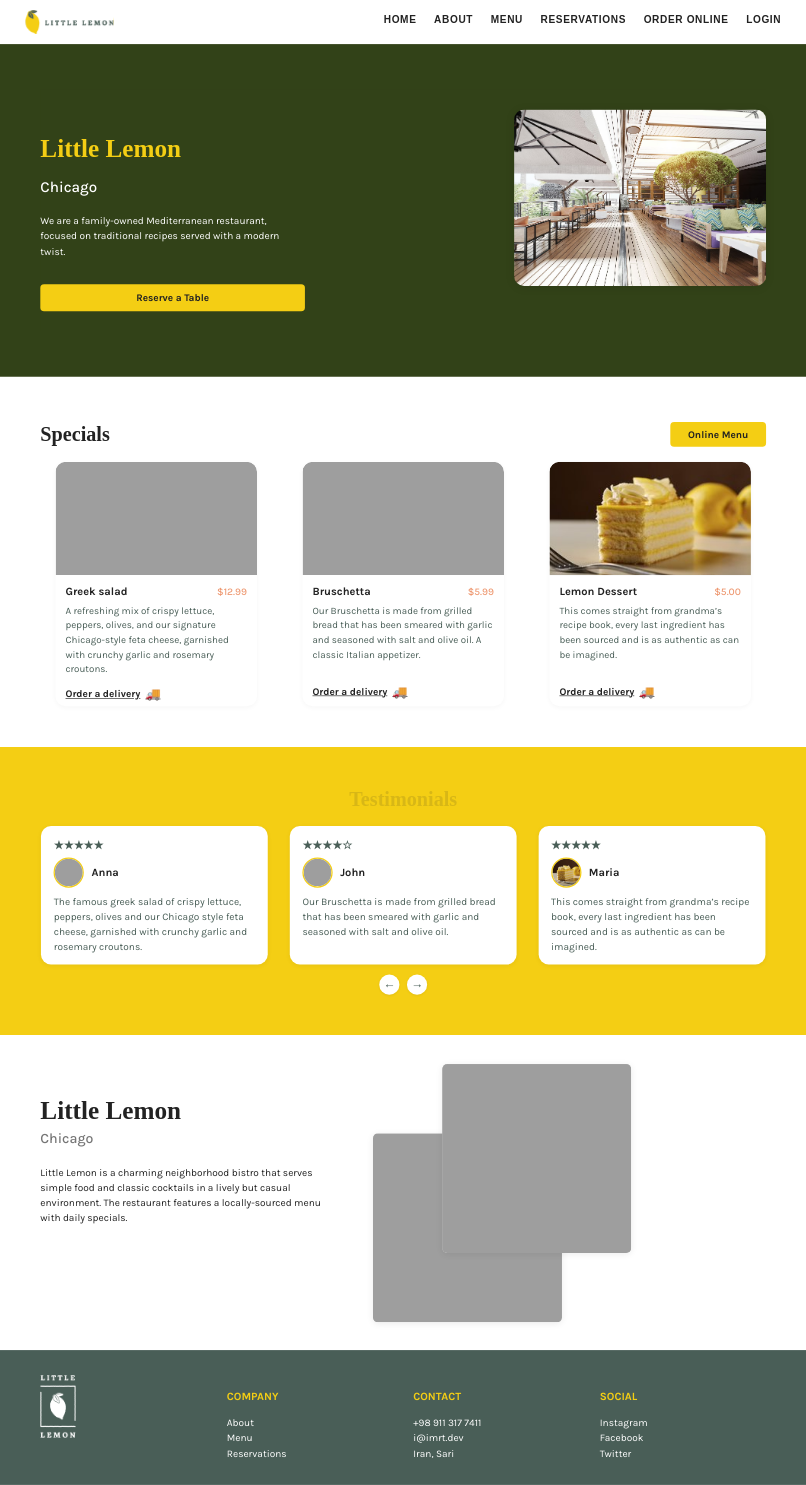
Repository: mrtseven/capstone-little-lemon-mrt
Page: /
These files come from the project's save history. The page is drawn as it stood at one moment and after the next save; the edit follows.
The browser window is 1280 px wide. The pictures show the whole page, at 63% of full size.
Pictures or frames that could not be fetched are drawn as grey boxes. Some web fonts or font styles are not loaded; a fallback is used. The project was rebuilt for these pictures with package versions that can differ from the ones it lists, and the page was loaded fresh each time. Also part of the build but not shown: src/pages/About.jsx, src/pages/Menu.jsx, src/components/ReservationForm.jsx, src/bookingsAPI.js, src/components/ConfirmedReservation.jsx, src/pages/Reservations.jsx, src/pages/Order.jsx, src/pages/Login.jsx.

Above is the page before, as saved 2025-07-28 21:01:02.

### public/index.html
<!DOCTYPE html>
<html lang="en">
  <head>
    <meta charset="utf-8" />
    <link rel="icon" href="%PUBLIC_URL%/favicon.ico" />
    <meta name="viewport" content="width=device-width, initial-scale=1" />
    <meta name="theme-color" content="#000000" />
    <meta name="description" content="Experience vibrant Mediterranean flavors at Little Lemon, a stylish bar and small plates restaurant in the heart of Dublin. Enjoy fresh produce, handcrafted cocktails, and a premium wine selection in a lively, modern atmosphere—perfect for intimate dinners or special occasions."/>
    <meta name="og:title" content="Little Lemon restaurant"/>
    <meta name="og:description" content="Experience vibrant Mediterranean flavors at Little Lemon, a stylish bar and small plates restaurant in the heart of Dublin. Enjoy fresh produce, handcrafted cocktails, and a premium wine selection in a lively, modern atmosphere—perfect for intimate dinners or special occasions."/>
    <meta name="og:image" content="%PUBLIC_URL%/restaurant.jpg"/>
    <link rel="preconnect" href="https://fonts.googleapis.com">
    <link rel="preconnect" href="https://fonts.gstatic.com" crossorigin>
    <link href="https://fonts.googleapis.com/css2?family=Markazi+Text:wght@400..700&display=swap" rel="stylesheet">
    <link rel="apple-touch-icon" href="%PUBLIC_URL%/logo192.png" />
    <!--
      manifest.json provides metadata used when your web app is installed on a
      user's mobile device or desktop. See https://developers.google.com/web/fundamentals/web-app-manifest/
    -->
    <link rel="manifest" href="%PUBLIC_URL%/manifest.json" />
    <!--
      Notice the use of %PUBLIC_URL% in the tags above.
      It will be replaced with the URL of the `public` folder during the build.
      Only files inside the `public` folder can be referenced from the HTML.

      Unlike "/favicon.ico" or "favicon.ico", "%PUBLIC_URL%/favicon.ico" will
      work correctly both with client-side routing and a non-root public URL.
      Learn how to configure a non-root public URL by running `npm run build`.
    -->
    <title>Little Lemon MRT Restaurant</title>
  </head>
  <body>
    <noscript>You need to enable JavaScript to run this app.</noscript>
    <div id="root"></div>
    <!--
      This HTML file is a template.
      If you open it directly in the browser, you will see an empty page.

      You can add webfonts, meta tags, or analytics to this file.
      The build step will place the bundled scripts into the <body> tag.

      To begin the development, run `npm start` or `yarn start`.
      To create a production bundle, use `npm run build` or `yarn build`.
    -->
  </body>
</html>

### src/App.css
@import url('https://fonts.googleapis.com/css2?family=Karla:wght@400;500;700;800&family=Markazi+Text:wght@400;500;700&display=swap');

/* === Type System & Base Styles === */

body {
  font-family: 'Karla', Arial, sans-serif;
  color: #222;
  background: #fff;
  margin: 0;
  padding: 0;
}

/* Display Title - Medium 64pt */
h1 {
  font-family: 'Markazi Text', serif;
  font-size: 64px;
  font-weight: 500;
  margin-bottom: 0.25em;
  line-height: 1.1;
}

/* Sub title - keep close to display */
h2 {
  font-family: 'Markazi Text', serif;
  font-size: 40px;
  font-weight: 400;
  margin-bottom: 0.25em;
  line-height: 1.2;
}

/* Regular 40pt (for h3) */
h3 {
  font-family: 'Markazi Text', serif;
  font-size: 40px;
  font-weight: 400;
  margin-bottom: 0.25em;
  line-height: 1.2;
}

/* Section Title! Uppercase 20pt Extra Bold */
h4 {
  font-family: 'Markazi Text', serif;
  font-size: 20px;
  font-weight: 800;
  text-transform: uppercase;
  margin-bottom: 0.5em;
  line-height: 1.2;
}

/* Card Title 18pt Bold */
h5 {
  font-family: 'Karla', Arial, sans-serif;
  font-size: 18px;
  font-weight: 700;
  margin-bottom: 0.5em;
  line-height: 1.2;
}

/* Category/Section 16pt Extra Bold */
h6 {
  font-family: 'Karla', Arial, sans-serif;
  font-size: 16px;
  font-weight: 700;
  margin-bottom: 0.5em;
  line-height: 1.2;
}

/* Paragraph text regular 16pt, 1.5 line height */
p {
  font-family: 'Karla', Arial, sans-serif;
  font-size: 16px;
  font-weight: 400;
  line-height: 1.5;
  margin-bottom: 1em;
  color: #222;
  max-width: 65ch;
}

/* Lead text (use .lead for emphasis) */
.lead {
  font-family: 'Karla', Arial, sans-serif;
  font-size: 18px;
  font-weight: 400;
  color: #222;
  margin-bottom: 0.5em;
}

/* Highlight text (e.g. price) */
.highlight {
  font-family: 'Karla', Arial, sans-serif;
  font-size: 16px;
  font-weight: 500;
  color: #495E57;
}

/* Section/Category bold (for span or strong) */
.bold {
  font-family: 'Karla', Arial, sans-serif;
  font-weight: 700;
}
.extra-bold {
  font-family: 'Karla', Arial, sans-serif;
  font-weight: 800;
}
.uppercase {
  text-transform: uppercase;
}

/* Accent colors */
.accent-green {
  color: #495E57;
}
.accent-yellow {
  color: #F4CE14;
}
.bg-accent-green {
  background: #495E57;
}
.bg-accent-yellow {
  background: #F4CE14;
}

/* Rounded corners utility */
.rounded-16 {
  border-radius: 16px;
}

/* Container for the navbar */
.navbar {
  max-width: 1200px;
  margin: 0 auto;
  display: flex;
  align-items: center;
  justify-content: space-between;
  background: #fff;
  padding: 16px 40px;
  font-family: 'Arial', sans-serif;

}

/* Logo and brand */
.navbar-logo {
  display: flex;
  align-items: center;
}

.navbar-logo img {
  height: 38px; /* Adjust as needed */
  margin-right: 8px;
  object-fit: cover;
}

.navbar-brand {
  font-weight: bold;
  color: #CFC12D; /* Lemon yellow, adjust as necessary */
  letter-spacing: 2px;
  font-size: 1.1rem;
  display: none !important;
}

/* Navigation links */
.navbar-menu {
  display: flex;
  align-items: center;
  gap: 28px; /* Space between menu items */
}

.navbar-menu a {
  text-decoration: none;
  color: #222;
  font-weight: bold;
  text-transform: uppercase;
  letter-spacing: 1px;
  font-size: 1rem;
  padding-bottom: 8px;
  transition: color 0.2s;
}

.navbar-menu a:hover {
  color: #CFC12D; /* Highlight on hover */
}

/* Hamburger styles */
.navbar-hamburger {
  display: none;
  flex-direction: column;
  justify-content: center;
  align-items: center;
  width: 36px;
  height: 36px;
  background: none;
  border: none;
  cursor: pointer;
  padding: 0;
  margin-left: 16px;
  z-index: 1002;
}
.hamburger-bar {
  width: 24px;
  height: 3px;
  background: #222;
  margin: 3px 0;
  border-radius: 2px;
  transition: all 0.3s;
}

/* Responsive styles */
@media (max-width: 900px) {
  .navbar {
    padding: 16px 20px 0 20px;
  }
  .navbar-brand {
    display: inline;
    font-size: 1rem;
  }
}

@media (max-width: 768px) {
  .navbar-menu {
    position: absolute;
    top: 64px;
    right: 0;
    left: 0;
    background: #fff;
    flex-direction: column;
    align-items: flex-start;
    gap: 0;
    padding: 24px 32px 24px 32px;
    box-shadow: 0 4px 16px rgba(0,0,0,0.07);
    display: none;
    z-index: 1001;
  }
  .navbar-menu.open {
    display: flex;
  }
  .navbar-menu a {
    width: 100%;
    padding: 16px 0;
    font-size: 1.1rem;
    border-bottom: 1px solid #eee;
  }
  .navbar-hamburger {
    display: flex;
  }
  .navbar {
    position: relative;
  }
}

@media (min-width: 769px) {
  .navbar-menu {
    display: flex !important;
    position: static;
    flex-direction: row;
    background: none;
    box-shadow: none;
    padding: 0;
    gap: 28px;
  }
  .navbar-hamburger {
    display: none;
  }
  .navbar-brand {
    display: inline;
  }
}

/* Hero Section Styles */
.hero-section {
  width: 100vw;
  background: #324218;
  margin: 0;
  padding: 0;
  display: flex;
  justify-content: center;
  align-items: flex-start;
  margin-bottom: 48px;
}
.hero-section .container {
  display: flex;
  flex-direction: row;
  align-items: flex-start;
  gap: 48px;
  padding-top: 40px;
  padding-bottom: 40px;
}
.hero-content {
  flex: 1 1 0;
  max-width: 420px;
  padding: 0;
  display: flex;
  flex-direction: column;
  justify-content: center;
}
.hero-title {
  font-size: 40px;
  font-family: 'Markazi Text', serif;
  font-weight: 700;
  color: #F4CE14;
  margin-bottom: 0.1em;
}
.hero-location {
  font-size: 24px;
  font-family: 'Karla', Arial, sans-serif;
  font-weight: 500;
  color: #fff;
  margin-bottom: 0.5em;
}
.hero-description {
  color: #fff;
  font-size: 16px;
  margin-bottom: 2em;
}
.hero-cta {
  font-family: 'Karla', Arial, sans-serif;
  font-size: 1rem;
  font-weight: 700;
  color: #222;
  background: #F4CE14;
  border: none;
  border-radius: 6px;
  padding: 12px 32px;
  cursor: pointer;
  margin-top: 8px;
  transition: background 0.2s;
}
.hero-cta:hover {
  background: #ffe066;
}
.hero-image-wrapper {
  flex: 1 1 0;
  display: flex;
  align-items: flex-start;
  justify-content: flex-end;
  padding: 0;
}
.hero-image {
  width: 400px;
  height: 280px;
  object-fit: cover;
  border-radius: 16px;
  box-shadow: 0 2px 16px rgba(0,0,0,0.10);
}
@media (max-width: 900px) {
  .hero-section .container {
    flex-direction: column;
    gap: 24px;
    align-items: center;
    padding: 24px 0;
  }
  .hero-image {
    width: 100%;
    max-width: 320px;
    height: auto;
  }
}

/* Dish Card Styles */
.dish-card {
  background: #fff;
  border-radius: 16px;
  box-shadow: 0 2px 8px rgba(0,0,0,0.04);
  overflow: hidden;
  width: 320px;
  display: flex;
  flex-direction: column;
  margin: 0 auto;
}
.dish-card-img {
  width: 100%;
  height: 180px;
  object-fit: cover;
  border-top-left-radius: 16px;
  border-top-right-radius: 16px;
  border-bottom-left-radius: 0;
  border-bottom-right-radius: 0;
}
.dish-card-body {
  padding: 16px 16px 12px 16px;
  display: flex;
  flex-direction: column;
  flex: 1 1 0;
  min-height: 180px;
}
.dish-card-header {
  display: flex;
  justify-content: space-between;
  align-items: flex-start;
  margin-bottom: 8px;
}
.dish-card-title {
  font-size: 1.1rem;
  font-family: 'Karla', Arial, sans-serif;
  font-weight: 700;
  margin: 0;
  color: #222;
}
.dish-card-price {
  font-size: 1rem;
  font-family: 'Karla', Arial, sans-serif;
  font-weight: 500;
  color: #EE9972;
  margin-left: 8px;
}
.dish-card-desc {
  font-size: 0.97rem;
  color: #495E57;
  margin: 0 0 16px 0;
  font-family: 'Karla', Arial, sans-serif;
}
.dish-card-cta {
  display: flex;
  align-items: center;
  font-weight: 700;
  font-size: 1rem;
  color: #222;
  cursor: pointer;
  gap: 6px;
  margin-top: auto;
}
.dish-card-cta-icon {
  font-size: 1.2em;
  margin-left: 2px;
}

/* Specials Section Styles */
.specials-section {
  margin: 0;
  padding: 0 0 32px 0;
}
.specials-header-row {
  display: flex;
  align-items: center;
  justify-content: space-between;
  margin-bottom: 24px;
  padding-top: 8px;
}
.specials-title {
  font-size: 2rem;
  font-family: 'Markazi Text', serif;
  font-weight: 700;
  margin: 0;
  color: #222;
}
.specials-menu-btn {
  font-family: 'Karla', Arial, sans-serif;
  font-size: 1rem;
  font-weight: 700;
  color: #222;
  background: #F4CE14;
  border: none;
  border-radius: 6px;
  padding: 10px 28px;
  cursor: pointer;
  transition: background 0.2s;
}
.specials-menu-btn:hover {
  background: #ffe066;
}
.specials-cards-row {
  display: flex;
  gap: 24px;
  justify-content: flex-start;
  align-items: stretch;
  flex-wrap: wrap;
}
@media (max-width: 900px) {
  .specials-cards-row {
    flex-direction: column;
    gap: 20px;
    align-items: center;
  }
  .specials-header-row {
    flex-direction: column;
    align-items: flex-start;
    gap: 12px;
  }
}

/* Grid Container */
.container {
  max-width: 1200px;
  margin: 0 auto;
  padding-left: 24px;
  padding-right: 24px;
  width: 100%;
  box-sizing: border-box;
}

@media (max-width: 1240px) {
  .container {
    max-width: 100vw;
  }
}

@media (max-width: 600px) {
  .container {
    padding-left: 8px;
    padding-right: 8px;
  }
}

/* Testimonial Card Styles */
.testimonial-card {
  background: #fff;
  border-radius: 16px;
  box-shadow: 0 2px 8px rgba(0,0,0,0.06);
  padding: 20px 20px 16px 20px;
  width: 320px;
  min-height: 180px;
  display: flex;
  flex-direction: column;
  align-items: flex-start;
  margin: 0 auto;
}
.testimonial-rating {
  font-size: 1.1rem;
  font-weight: 700;
  color: #495E57;
  margin-bottom: 10px;
}
.testimonial-row {
  display: flex;
  align-items: center;
  gap: 12px;
  margin-bottom: 10px;
}
.testimonial-img {
  width: 44px;
  height: 44px;
  object-fit: cover;
  border-radius: 50%;
  border: 2px solid #F4CE14;
}
.testimonial-name {
  font-size: 1.1rem;
  font-weight: 700;
  color: #222;
}
.testimonial-text {
  font-size: 1rem;
  color: #495E57;
  margin: 0;
  font-family: 'Karla', Arial, sans-serif;
}

/* Testimonials Section (Carousel) */
.testimonials-section {
  background: #F4CE14;
  padding: 48px 0;
  width: 100vw;
  margin: 0;
}
.testimonials-section .container {
  display: flex;
  flex-direction: column;
  align-items: center;
}
.testimonials-carousel {
  display: flex;
  gap: 32px;
  justify-content: center;
  align-items: stretch;
  margin-top: 24px;
  width: 100%;
}
.testimonials-carousel-controls {
  display: flex;
  gap: 12px;
  margin-top: 16px;
  justify-content: center;
}
.testimonials-carousel-btn {
  background: #fff;
  border: none;
  border-radius: 50%;
  width: 32px;
  height: 32px;
  font-size: 1.2rem;
  color: #495E57;
  cursor: pointer;
  box-shadow: 0 1px 4px rgba(0,0,0,0.08);
  transition: background 0.2s;
}
.testimonials-carousel-btn:hover {
  background: #ffe066;
}
@media (max-width: 1100px) {
  .testimonials-carousel {
    flex-direction: column;
    gap: 24px;
    align-items: center;
  }
  .testimonial-card {
    width: 90vw;
    max-width: 340px;
  }
}

.about-section {
  padding: 64px 0 64px 0;
  background: #fff;
}
.about-container {
  display: flex;
  flex-direction: row;
  align-items: flex-start;
  justify-content: space-between;
  gap: 48px;
}
.about-text {
  flex: 1 1 0;
  max-width: 480px;
}
.about-title {
  font-family: 'Markazi Text', serif;
  font-size: 2.5rem;
  font-weight: 700;
  margin: 0 0 0.2em 0;
  color: #222;
}
.about-subtitle {
  font-family: 'Karla', Arial, sans-serif;
  font-size: 1.4rem;
  font-weight: 500;
  color: #757575;
  margin: 0 0 1.2em 0;
}
.about-text p {
  font-size: 1rem;
  color: #222;
  margin-bottom: 1em;
}
.about-images {
  flex: 1 1 0;
  position: relative;
  min-width: 320px;
  min-height: 320px;
  display: flex;
  align-items: center;
  justify-content: center;
}
.about-img {
  width: 220px;
  height: 220px;
  object-fit: cover;
  border-radius: 8px;
  box-shadow: 0 2px 12px rgba(0,0,0,0.08);
  position: absolute;
  background: #e0e0e0;
}
.about-img-bottom {
  left: 0;
  top: 40px;
  z-index: 1;
}
.about-img-top {
  left: 80px;
  top: -40px;
  z-index: 2;
}
@media (max-width: 900px) {
  .about-container {
    flex-direction: column;
    gap: 32px;
    align-items: center;
  }
  .about-images {
    min-width: 220px;
    min-height: 220px;
    height: 260px;
  }
  .about-img {
    width: 180px;
    height: 180px;
  }
  .about-img-top {
    left: 60px;
    top: -20px;
  }
  .about-img-bottom {
    left: 0;
    top: 40px;
  }
}

@media (min-width: 901px) {
  .about-img {
    width: 300px;
    height: 300px;
  }
  .about-images {
    min-width: 340px;
    min-height: 340px;
    height: 340px;
  }
  .about-img-top {
    left: 110px;
    top: -50px;
  }
  .about-img-bottom {
    left: 0;
    top: 60px;
  }
}

.footer-section {
  background: #495E57;
  color: #fff;
  padding: 48px 0 32px 0;
}
.footer-container {
  display: grid;
  grid-template-columns: 1fr 1fr 1fr 1fr;
  gap: 32px;
  align-items: flex-start;
}
.footer-col {
  display: flex;
  flex-direction: column;
  gap: 12px;
}
.footer-logo-col {
  align-items: flex-start;
}
.footer-logo {
  width: 56px;
  height: auto;
  margin-bottom: 8px;
}
.footer-heading {
  font-size: 1.1rem;
  font-family: 'Karla', Arial, sans-serif;
  font-weight: 700;
  margin-bottom: 8px;
  color: #F4CE14;
}
.footer-links {
  list-style: none;
  padding: 0;
  margin: 0;
  display: flex;
  flex-direction: column;
  gap: 6px;
}
.footer-links a {
  color: #fff;
  text-decoration: none;
  font-size: 1rem;
  transition: color 0.2s;
}
.footer-links a:hover {
  color: #F4CE14;
}
@media (max-width: 900px) {
  .footer-container {
    grid-template-columns: 1fr 1fr;
    gap: 24px;
  }
}
@media (max-width: 600px) {
  .footer-container {
    grid-template-columns: 1fr;
    gap: 20px;
  }
  .footer-section {
    padding: 32px 0 20px 0;
  }
}

/* Consistent Section Padding and White Space */
.hero-section,
.specials-section,
.testimonials-section,
.about-section {
  padding-top: 64px !important;
  padding-bottom: 64px !important;
  margin-top: 0 !important;
  margin-bottom: 0 !important;
}

@media (max-width: 900px) {
  .hero-section,
  .specials-section,
  .testimonials-section,
  .about-section {
    padding-top: 32px !important;
    padding-bottom: 32px !important;
  }
}

/* Remove extra margin from first and last child in each section */
.hero-section > .container > :first-child,
.specials-section > .container > :first-child,
.testimonials-section > .container > :first-child,
.about-section > .container > :first-child {
  margin-top: 0 !important;
}
.hero-section > .container > :last-child,
.specials-section > .container > :last-child,
.testimonials-section > .container > :last-child,
.about-section > .container > :last-child {
  margin-bottom: 0 !important;
}

.footer-section {
  padding-top: 40px;
  padding-bottom: 40px;
}
@media (max-width: 600px) {
  .footer-section {
    padding-top: 24px;
    padding-bottom: 24px;
  }
}

/* Remove section-specific padding/margin overrides */
.about-section,
.specials-section,
.testimonials-section,
.hero-section {
  background-clip: padding-box;
}

.hero-section {
  padding-top: 32px !important;
  padding-bottom: 32px !important;
}
.about-section {
  padding-top: 96px !important;
  padding-bottom: 64px !important;
}

@media (max-width: 900px) {
  .hero-section {
    padding-top: 20px !important;
    padding-bottom: 20px !important;
  }
  .about-section {
    padding-top: 48px !important;
    padding-bottom: 32px !important;
  }
}


/* Form Styles */
.reservation-form {
  max-width: 320px;
  margin: 3rem auto;
  padding: 32px 24px;
  background: #fff;
  border-radius: 14px;
  box-shadow: 0 4px 32px rgba(63, 63, 63, 0.07);
  font-family: 'Segoe UI', Arial, sans-serif;
}

/* make form use flex column with spacing between groups */
.reservation-form .input-group {
  display: flex;
  flex-direction: column;
  gap: 6px;
  margin-bottom: 18px;
}

.form-label {
  font-weight: 500;
  color: #36454f;
}

.form-input {
  padding: 9px 12px;
  border: 1px solid #bfc7d6;
  border-radius: 5px;
  font-size: 1rem;
  background: #fafbfc;
  transition: border-color 0.2s;
}

.form-input:focus {
  border-color: #ffc300;
  outline: none;
  background: #fffde7;
}

.form-submit {
  background-color: #F4CE14;
  color: #333;
  padding: 10px 20px;
  border: none;
  border-radius: 8px;
  font-size: 1rem;
  font-weight: bold;
  cursor: pointer;
  transition: background-color 0.3s;
}

.form-submit:hover,
.form-submit:focus {
  background: #ffee99;
  color: #000;
}

.form-submit:disabled {
    background-color: #ccc;
    cursor: not-allowed;
}

.form-actions {
  display: flex;
  flex-direction: column;
  gap: 1rem;
  margin-top: 1rem;
}

.form-cancel {
  background-color: transparent;
  color: #888;
  padding: 10px 20px;
  border: 1px solid #ccc;
  border-radius: 8px;
  font-size: 1rem;
  font-weight: bold;
  cursor: pointer;
  transition: background-color 0.3s, color 0.3s;
}

.form-cancel:hover {
  background-color: #f0f0f0;
  color: #333;
}

.error-message {
    color: red;
    font-size: 0.8em;
}

.input-error {
    border: 1px solid red;
}

/* Booking Confirmation Styles */
.booking-confirmation {
  max-width: 500px;
  margin: 3rem auto;
  padding: 32px 24px;
  background: #f9f9f9;
  border: 1px solid #495E57;
  border-radius: 14px;
  text-align: center;
  box-shadow: 0 4px 32px rgba(0, 0, 0, 0.08);
}

.booking-confirmation h2 {
  font-family: 'Markazi Text', serif;
  font-size: 2.5rem;
  color: #495E57; /* Little Lemon Green */
  margin-bottom: 0.5em;
}

.booking-confirmation p {
  font-family: 'Karla', Arial, sans-serif;
  font-size: 1.1rem;
  color: #333;
  line-height: 1.6;
}

### src/components/Hero.jsx
import React from 'react';
import PropTypes from 'prop-types';

export default function Hero({ title, location, description, cta, image }) {
  return (
    <section className="hero-section">
      <div className="hero-content">
        <h1 className="hero-title accent-yellow">{title}</h1>
        {location && <h2 className="hero-location">{location}</h2>}
        {description && <p className="hero-description">{description}</p>}
        <button className="hero-cta bg-accent-yellow">{cta}</button>
      </div>
      {image && (
        <div className="hero-image-wrapper">
          <img src={image} alt="Hero visual" className="hero-image rounded-16" />
        </div>
      )}
    </section>
  );
}

Hero.propTypes = {
  title: PropTypes.string.isRequired,
  cta: PropTypes.string.isRequired,
  location: PropTypes.string,
  description: PropTypes.string,
  image: PropTypes.string,
};

### src/components/DishCard.jsx
import React from 'react';
import PropTypes from 'prop-types';

export default function DishCard({ image, title, price, description, cta }) {
  return (
    <article className="dish-card rounded-16">
      <img src={image} alt={title} className="dish-card-img rounded-16" />
      <div className="dish-card-body">
        <div className="dish-card-header">
          <h5 className="dish-card-title">{title}</h5>
          <span className="dish-card-price accent-yellow">{price}</span>
        </div>
        <p className="dish-card-desc">{description}</p>
        <a href="#" className="dish-card-cta" aria-label="On Click">
          <span className="dish-card-cta-text">{cta}</span>
          <span className="dish-card-cta-icon" role="img" aria-label="delivery">🚚</span>
        </a>
      </div>
    </article>
  );
}

DishCard.propTypes = {
  image: PropTypes.string.isRequired,
  title: PropTypes.string.isRequired,
  price: PropTypes.string.isRequired,
  description: PropTypes.string.isRequired,
  cta: PropTypes.string.isRequired,
};

### src/components/Testimonial.jsx
import React from 'react';
import PropTypes from 'prop-types';

export default function Testimonial({ rating, image, name, text }) {
  return (
    <div className="testimonial-card rounded-16">
      <div className="testimonial-rating">{rating}</div>
      <div className="testimonial-row">
        <img src={image} alt={name} className="testimonial-img" />
        <span className="testimonial-name">{name}</span>
      </div>
      <p className="testimonial-text">{text}</p>
    </div>
  );
}

Testimonial.propTypes = {
  rating: PropTypes.oneOfType([PropTypes.string, PropTypes.number]).isRequired,
  image: PropTypes.string.isRequired,
  name: PropTypes.string.isRequired,
  text: PropTypes.string.isRequired,
};

Loaded but not shown: src/index.js (common file); src/index.css (common file); src/reportWebVitals.js (common file); src/App.js (29 lines, source omitted); src/sections/Main.jsx (130 lines, source omitted); src/sections/Nav.jsx (42 lines, source omitted); src/sections/Footer.jsx (44 lines, source omitted)

After the next save:
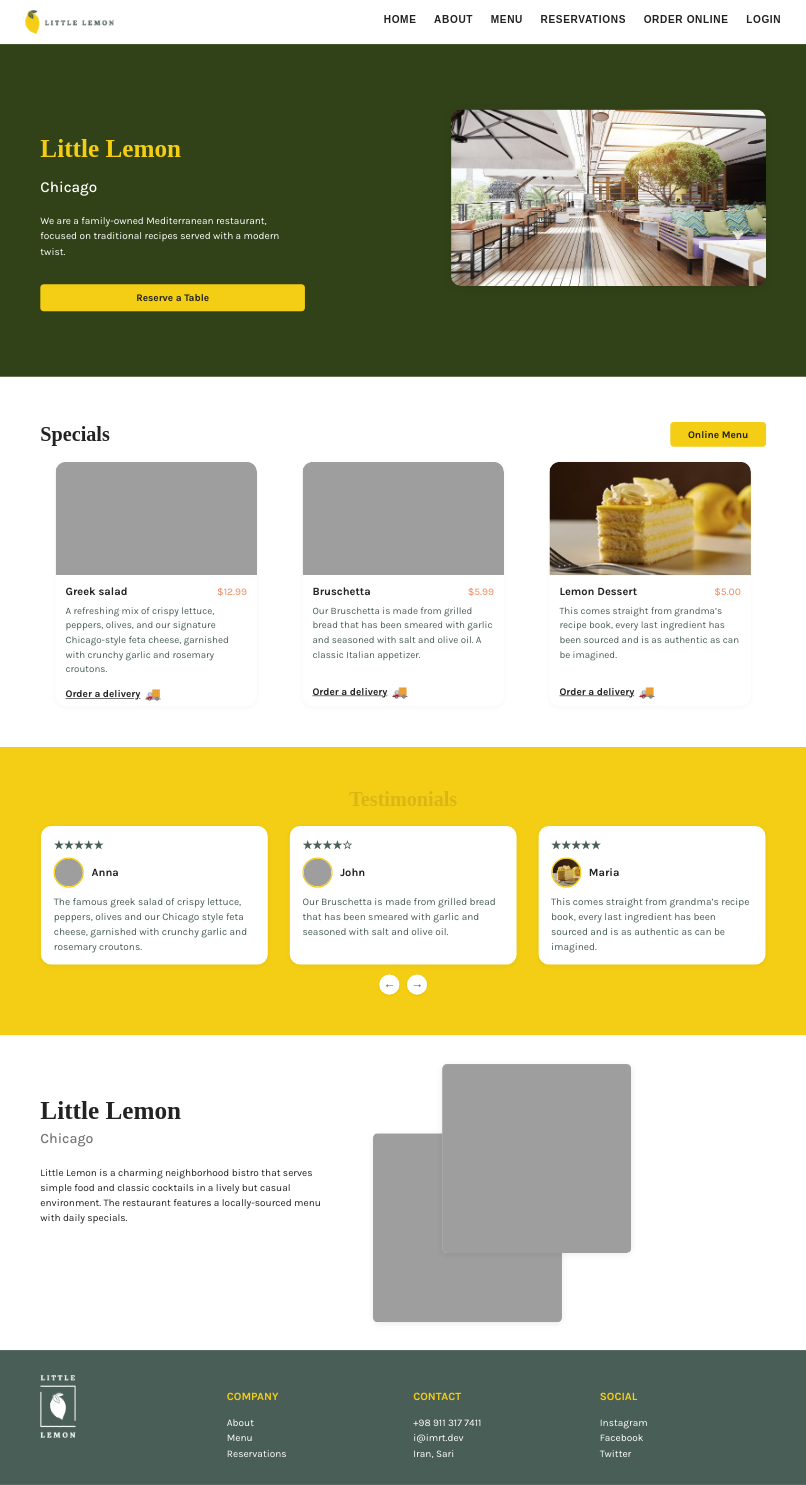
Saved 4 s later.
--- a/src/App.css
+++ b/src/App.css
@@ -335,7 +335,7 @@ p {
   padding: 0;
 }
 .hero-image {
-  width: 400px;
+  width: 500px;
   height: 280px;
   object-fit: cover;
   border-radius: 16px;
